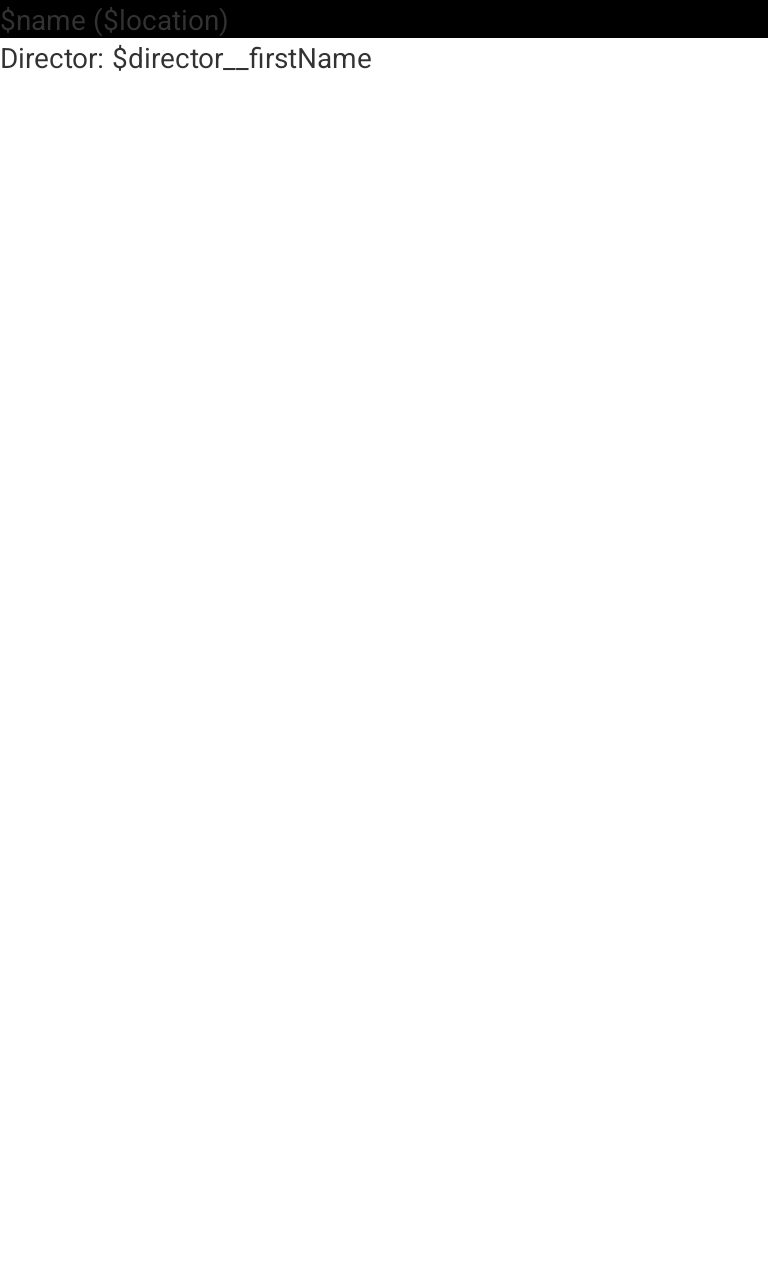
Repository: egslava/android-net-list-utils
Layout: NetUtilsSamples/res/layout/university.xml
These files come from the project's save history. The layout is drawn as it stood at one moment and after the next save; the edit follows.
It is drawn on a 768 x 1280 px phone screen (xhdpi) without system bars, with theme AppTheme; the app's code is not run. Lists and similar views that code fills are empty.

Above is the layout before, as saved 2013-10-15 08:09:10.

After the next save:
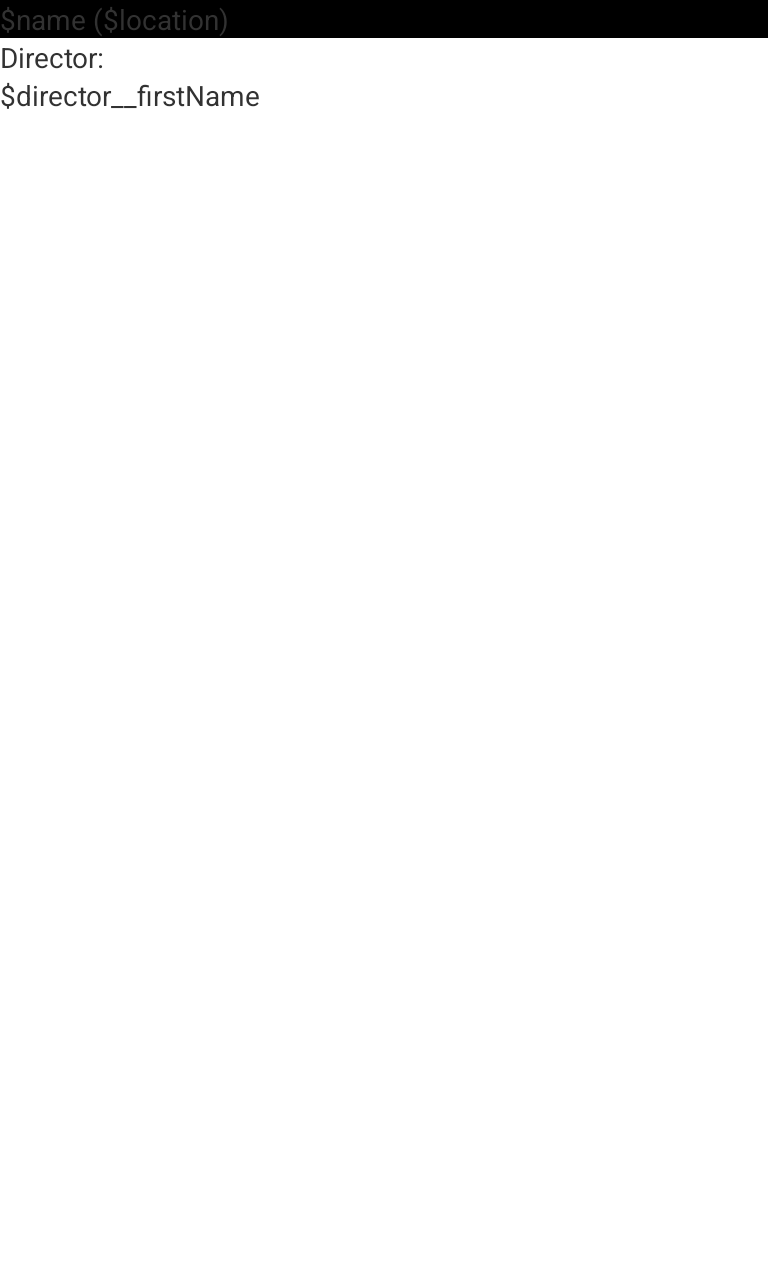
Saved 22 s later.
--- a/NetUtilsSamples/res/layout/university.xml
+++ b/NetUtilsSamples/res/layout/university.xml
@@ -40,16 +40,16 @@
         android:layout_height="wrap_content"
         android:orientation="vertical" >
 
+        <TextView
+            android:id="@+id/textView3"
+            android:layout_width="wrap_content"
+            android:layout_height="wrap_content"
+            android:text="Director: " />
+
         <LinearLayout
             android:layout_width="match_parent"
             android:layout_height="wrap_content"
             android:orientation="horizontal" >
-
-            <TextView
-                android:id="@+id/textView3"
-                android:layout_width="wrap_content"
-                android:layout_height="wrap_content"
-                android:text="Director: " />
 
             <TextView
                 android:id="@+id/$director__firstName"
